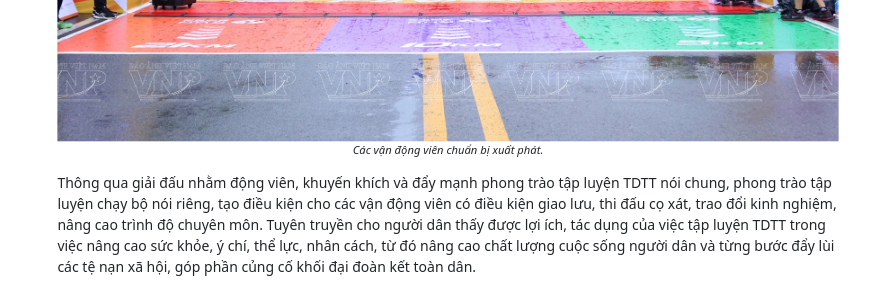
Repository: kietdotshp/webtintuc
Page: Detail.html
These files come from the project's save history. The page is drawn as it stood at one moment and after the next save; the edit follows.
The browser window is 1280 px wide. The pictures show the part of the page from y = 1067 to 2987 px (the page is 1483 px tall before and 11665 px after), at 70% of full size.
Some web libraries are served in a nearby version.

Above is the page before, as saved 2023-08-10 16:22:44.

### Detail.html
<!DOCTYPE html>
<html lang="en">

<head>
    <title></title>
    <meta charset="UTF-8">
    <meta name="viewport" content="width=device-width, initial-scale=1">
    <link href="assets/css/detail.css" rel="stylesheet">
    <link href="https://cdn.jsdelivr.net/npm/bootstrap@5.3.1/dist/css/bootstrap.min.css" rel="stylesheet"
        integrity="sha384-4bw+/aepP/YC94hEpVNVgiZdgIC5+VKNBQNGCHeKRQN+PtmoHDEXuppvnDJzQIu9" crossorigin="anonymous">
    <link href="https://cdn.jsdelivr.net/npm/bootstrap@5.3.1/dist/css/bootstrap.min.css" rel="stylesheet"
        integrity="sha384-4bw+/aepP/YC94hEpVNVgiZdgIC5+VKNBQNGCHeKRQN+PtmoHDEXuppvnDJzQIu9" crossorigin="anonymous" />
    <script src="https://cdn.jsdelivr.net/npm/bootstrap@5.3.1/dist/js/bootstrap.bundle.min.js"></script>
    <script src="https://kit.fontawesome.com/a076d05399.js"></script>
    <link rel="stylesheet" href="https://cdnjs.cloudflare.com/ajax/libs/font-awesome/6.4.2/css/all.min.css"
        integrity="sha512-z3gLpd7yknf1YoNbCzqRKc4qyor8gaKU1qmn+CShxbuBusANI9QpRohGBreCFkKxLhei6S9CQXFEbbKuqLg0DA=="
        crossorigin="anonymous" referrerpolicy="no-referrer" />

    <link rel="stylesheet" href="https://cdnjs.cloudflare.com/ajax/libs/font-awesome/4.7.0/css/font-awesome.min.css" />
</head>

<header>
    <div class="container-custom">
        <section class="d-flex align-items-center justify-content-between">
            <!-- Web logo -->
            <figure class="web-logo">
                <img src="./assets/images/logo-vi.svg" alt="Logo" class="img-contain" />
            </figure>

            <div class="d-none d-lg-flex align-items-center gap-3">
                <a href="javascript:void(0)" class="choose-lang">English</a>
                <a href="javascript:void(0)" class="choose-lang">한국어</a>
                <a href="javascript:void(0)" class="choose-lang">日本語</a>
                <a href="javascript:void(0)" class="choose-lang">Français</a>
                <a href="javascript:void(0)" class="choose-lang">Español</a>
                <a href="javascript:void(0)" class="choose-lang">Русский</a>
            </div>

            <a class="mobile-menu d-lg-none" href="javascript:void(0)">
                <i class="fa-solid fa-bars-staggered fs-2"></i>
            </a>
        </section>
    </div>

    <div class="line-seperate-horizontal"></div>

    <div class="container-custom">
        <section class="d-flex align-items-center justify-content-between py-3 py-lg-0">
            <div class="d-flex align-items-center gap-4 gap-xxl-5">
                <a href="javascript:void(0)">
                    <i class="fa-solid fa-house-chimney color-primary"></i>
                </a>

                <div class="d-none d-lg-flex align-items-center gap-4 gap-xxl-5">
                    <a href="javascript:void(0)" class="menu-item">Tiêu điểm</a>
                    <a href="javascript:void(0)" class="menu-item">Tin tức</a>
                    <a href="javascript:void(0)" class="menu-item">Phóng sự chuyên đề</a>
                    <a href="javascript:void(0)" class="menu-item">Khám phá</a>
                    <a href="javascript:void(0)" class="menu-item">Văn hóa</a>
                    <a href="javascript:void(0)" class="menu-item">Kinh tế</a>
                    <a href="javascript:void(0)" class="menu-item">Chân dung</a>
                    <a href="javascript:void(0)" class="menu-item">Multimedia</a>
                </div>
            </div>

            <div class="d-flex align-items-center gap-3">
                <div class="d-flex align-items-center gap-3">
                    <div class="cursor-pointer">
                        <i class="fa-solid fa-circle-half-stroke"></i>
                    </div>
                    <div class="cursor-pointer">
                        <i class="fa-solid fa-magnifying-glass"></i>
                    </div>
                </div>

                <div class="d-lg-none d-xl-block">|</div>

                <div class="d-lg-none d-xl-flex align-items-center gap-3">
                    <a href="javascript:void(0)">
                        <i class="fa-brands fa-facebook-f"></i>
                    </a>
                    <a href="javascript:void(0)">
                        <i class="fa-brands fa-twitter"></i>
                    </a>
                    <a href="javascript:void(0)">
                        <i class="fa-brands fa-youtube"></i>
                    </a>
                </div>
            </div>
        </section>
    </div>
</header>
<div class="line-seperate-horizontal"></div>

<body>
    <div class="container">
        <div class="detailmenu">
            <h2>
                <link href="#" target="kiểu mở liên kết">Thể Thao</link>
            </h2>
            <h1>Run to Heart 2023 - vì sức khỏe người dân Thành phố Hồ Chí Minh</h1>
            <div class="timeline">
                <time>
                    <i class="fa-regular fa-calendar"></i>
                    04/08/2023
                </time>
            </div>
            <hr />
        </div>
        <div>
            <h3>
                <span class="title">Run to Heart 2023 với khẩu hiệu For a Green Life.
                    Mỗi một vận động viên tham gia giải chạy góp phần trồng một cây xanh trên địa bàn thành phố.
                    Qua đó, đóng góp một phần nhỏ vào chiến dịch “Vì một Việt Nam xanh”. Thông qua giải chạy thúc đẩy
                    thêm phong trào trồng cây, nâng cao ý thức giữ gìn và bảo vệ môi trường xanh, sạch.
                </span>
            </h3>
            <img src="assets/images/detail1.jpg">
            <p style="color:darkbluel;text-align:center;font-style:italic;">Các vận động viên chuẩn bị xuất phát.
            </p>
            <div class="content1">Thông qua giải đấu nhằm động viên, khuyến khích và đẩy mạnh phong trào tập luyện TDTT nói chung, phong trào tập luyện chạy bộ nói riêng, tạo điều kiện cho các vận động viên có điều kiện giao lưu, thi đấu cọ xát, trao đổi kinh nghiệm, nâng cao trình độ chuyên môn.

                Tuyên truyền cho người dân thấy được lợi ích, tác dụng của việc tập luyện TDTT trong việc nâng cao sức khỏe, ý chí, thể lực, nhân cách, từ đó nâng cao chất lượng cuộc sống người dân và từng bước đẩy lùi các tệ nạn xã hội, góp phần củng cố khối đại đoàn kết toàn dân.
            </div>
        </div>

    </div>
</body>

</html>

### assets/css/detail.css
:root {
    --main-color: #333;
    --main-red-color: #ed1c24;
    --main-white-color: #fff;
    --main-blue-color-1: #b8dcf3;
    --main-blue-color-2: #467491;
    --main-grey-color-1: #666;
    --main-grey-color-2: #888;
    --main-grey-color-3: #f0f0f0;
    --main-border-color: #e0e0e0;
  }

  /* Common */
  .body {
    display: flex;
    flex-direction: column;
    min-height: 100vh;
    font-size: 16px;
    color: var(--main-color);
    font-family: 'Roboto-Regular', sans-serif;
  }

  .img-cover {
    width: 100%;
    height: 100%;
    object-fit: cover;
  }

  .img-contain {
    width: 100%;
    height: 100%;
    object-fit: contain;
  }

  img {
    max-width: 100%;
    max-height: 100%;
  }

  a {
    text-decoration: none !important;
    color: initial !important;
  }

  .color-primary {
    color: var(--main-red-color);
  }

  .cursor-pointer {
    cursor: pointer;
  }

  .container-custom {
    max-width: 1400px;
    padding-inline: 15px;
    margin: 0 auto;

    @media (min-width: 768px) {
      padding-inline: 30px;
    }
  }

  .text-line-clamp-2 {
    display: -webkit-box;
    -webkit-line-clamp: 2;
    -webkit-box-orient: vertical;
    overflow: hidden;
  }

  .text-line-clamp-3 {
    display: -webkit-box;
    -webkit-line-clamp: 3;
    -webkit-box-orient: vertical;
    overflow: hidden;
  }

  .image-padding-top {
    position: relative;
    padding-top: 56.25%;
  }

  /* Header css */
  .web-logo {
    position: relative;
    padding-block: 14px;
    margin-bottom: 0;
    width: 150px;

    @media (min-width: 992px) {
      width: 250px;
    }
  }

  .web-logo::after {
    content: '';
    background: url('../images/earth-digital.svg') no-repeat;
    width: 100%;
    height: 100%;
    opacity: 0.2;
    position: absolute;
    right: -60px;
    top: 0;
  }

  .choose-lang {
    border-radius: 9999px;
    padding: 6px 12px;
  }

  .choose-lang:hover {
    background-color: var(--main-border-color);
  }

  .line-seperate-horizontal {
    width: 100%;
    height: 1px;
    background-color: #e0e0e0;
  }

  .line-seperate-vertical {
    width: 1px;
    height: 100%;
    background-color: #e0e0e0;
    margin: 0 auto;
  }

  .menu-item {
    text-transform: uppercase;
    font-weight: 700;
    font-size: 14px;
    position: relative;
    padding-block: 12px;
    white-space: nowrap;
  }

  .menu-item::before {
    content: '';
    position: absolute;
    top: -1px;
    left: 50%;
    right: 50%;
    transform: translate(-50%, 0);
    width: 0;
    height: 2px;
    background: var(--main-red-color);
    transition: all 0.2s linear;
  }

  .menu-item:hover:before {
    width: 100%;
  }

  /* Carousel */
  .carousel-item {
    position: absolute !important;
    top: 0;
    left: 0;
    width: 100%;
    height: 100%;
  }

  .carousel-control-next,
  .carousel-control-prev {
    width: 10% !important;
  }

  .carousel-control-prev,
  .carousel-control-next {
    opacity: 0 !important;
  }

  .carousel:hover .carousel-control-prev,
  .carousel:hover .carousel-control-next {
    transition: all 0.3s linear;
    opacity: 1 !important;
  }

  /* Main */
  .content {
    border: 1px solid var(--main-border-color);
    padding: 20px;
  }

  .content-spacing {
    margin-block: 40px;
  }

  .content-title {
    display: inline-block;
    color: var(--main-red-color);
    line-height: 26px;
    font-size: 26px;
    font-weight: 600;
    margin-bottom: 20px;
  }

  .article-title {
    font-size: 22px;
    font-weight: 600;
  }

  .article-title.sub {
    font-size: 16px;
  }

  .article-category {
    text-transform: uppercase;
    font-size: 12px;
    color: var(--main-grey-color-2);
  }

  .content-ul-list {
    padding-left: 20px;
    margin-bottom: 0;
    max-height: 480px;
    overflow: auto;
  }

  .content-ul-list li::marker {
    color: var(--main-red-color);
  }

  /* Spacing */
  .mb-10px {
    margin-bottom: 10px;
  }

  .max-w-40px {
    max-width: 40px !important;
  }
  .h2{
    color: var(--main-red-color);
  }
  .detailmenu{
    margin-top: 40px;
  }
  .title{
    font-weight: 700;
    font-style:italic;
  }
  .content1{
    font-size: 1.25rem;
    line-height: 1.5;
    margin: 20px auto;
  }

After the next save:
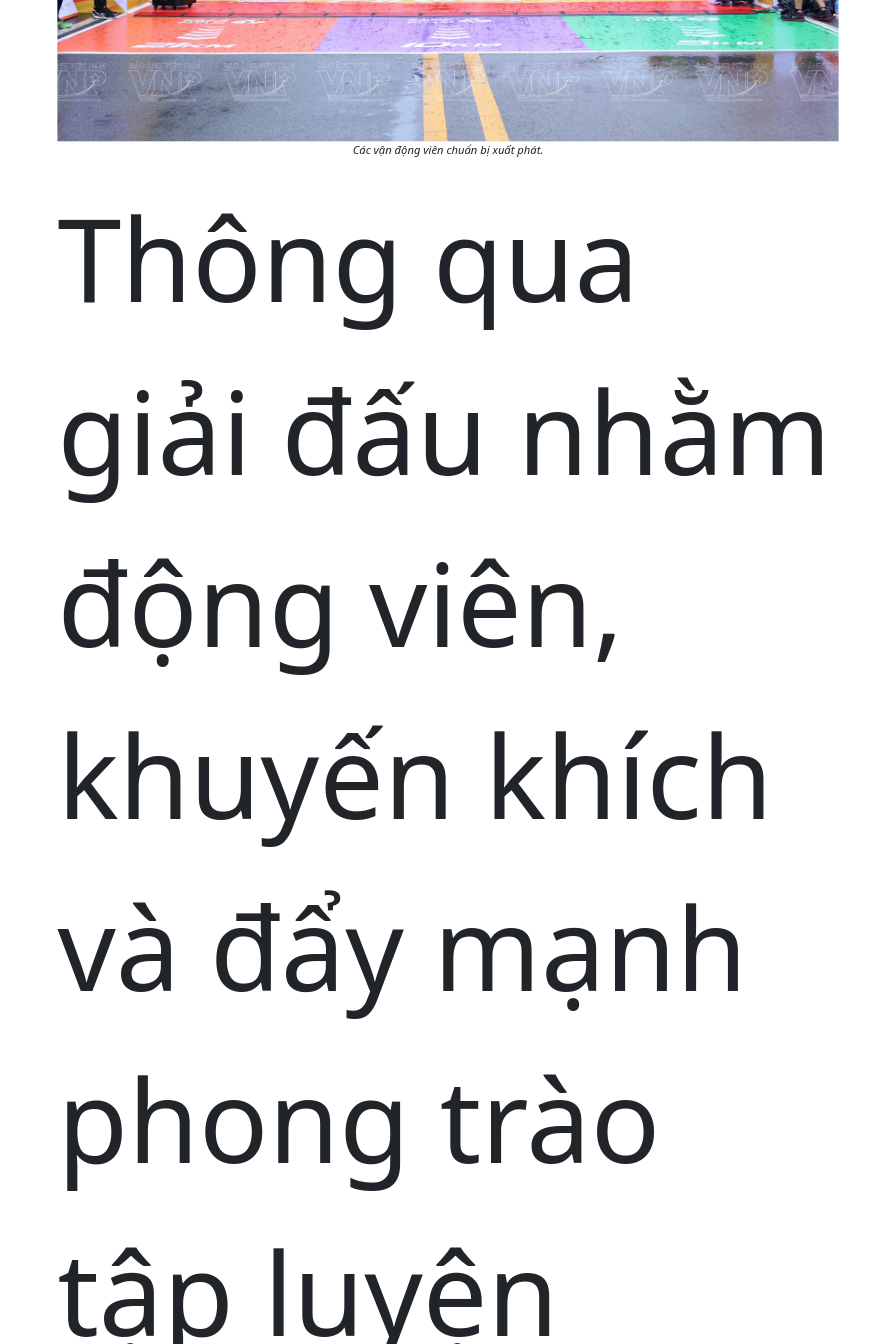
Saved 14 s later.
--- a/assets/css/detail.css
+++ b/assets/css/detail.css
@@ -239,7 +239,7 @@
     font-style:italic;
   }
   .content1{
-    font-size: 1.25rem;
+    font-size: 10.25rem;
     line-height: 1.5;
     margin: 20px auto;
   }
